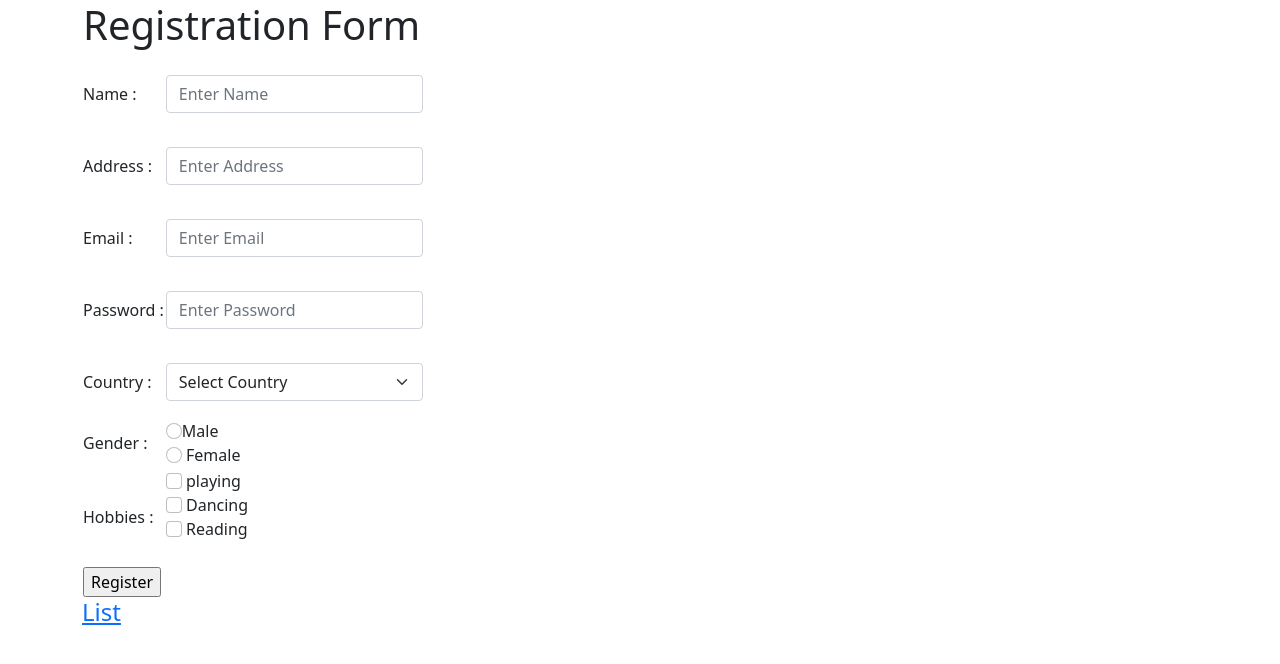
Repository: testuser85495/Java-Practical
Page: http://localhost/First_demo/
The author's editor kept a copy of each file at every save. The page is drawn from the files as they stood at one save, then again after the next save.
The browser window is 1280 px wide. The pictures show the whole page.
The page is served by Tomcat 9.

Above is the page before, as saved 2024-07-23 13:30:25.

After the next save:
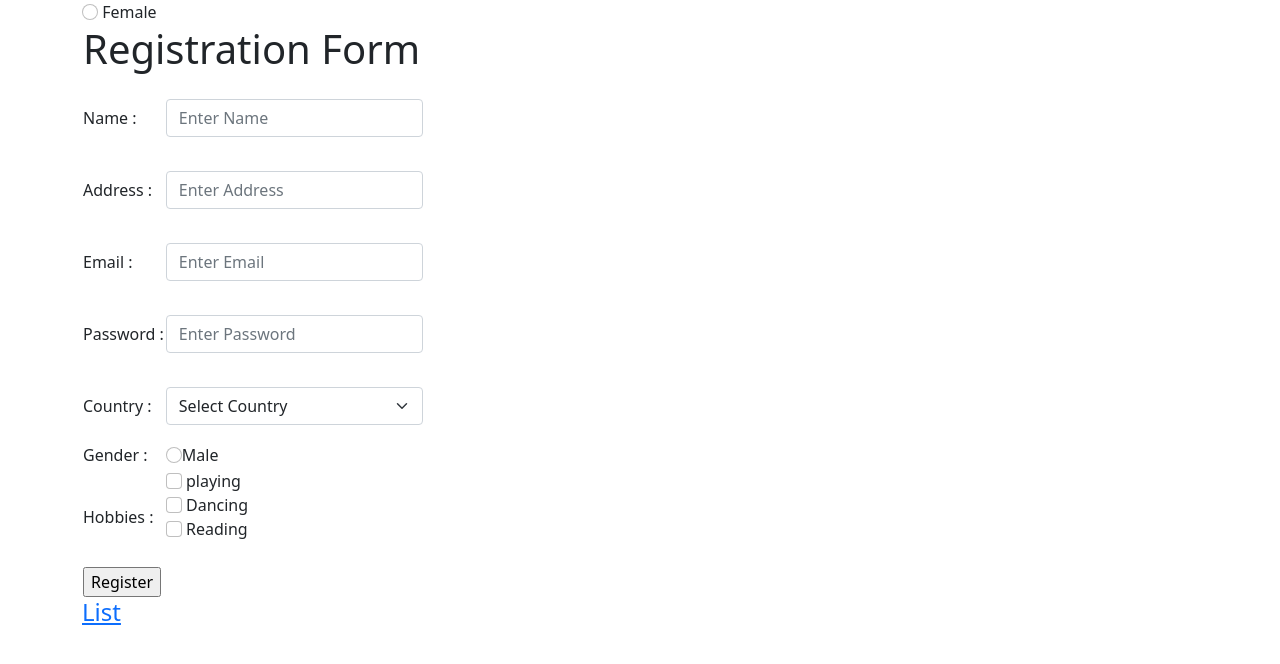
Saved 7 s later.
--- a/First_demo/src/main/webapp/index.jsp
+++ b/First_demo/src/main/webapp/index.jsp
@@ -69,7 +69,7 @@
 
 				<tr>
 					<td><label>Gender : </label></td>
-					<td><input type="radio" name="gender" value="male" class="form-check-input">Male<br>
+					<td><input type="radio" name="gender" value="male" class="form-check-input">Male<br> </td>
 
 						<input type="radio" name="gender" value="female" class="form-check-input">
 						Female<br></td>
